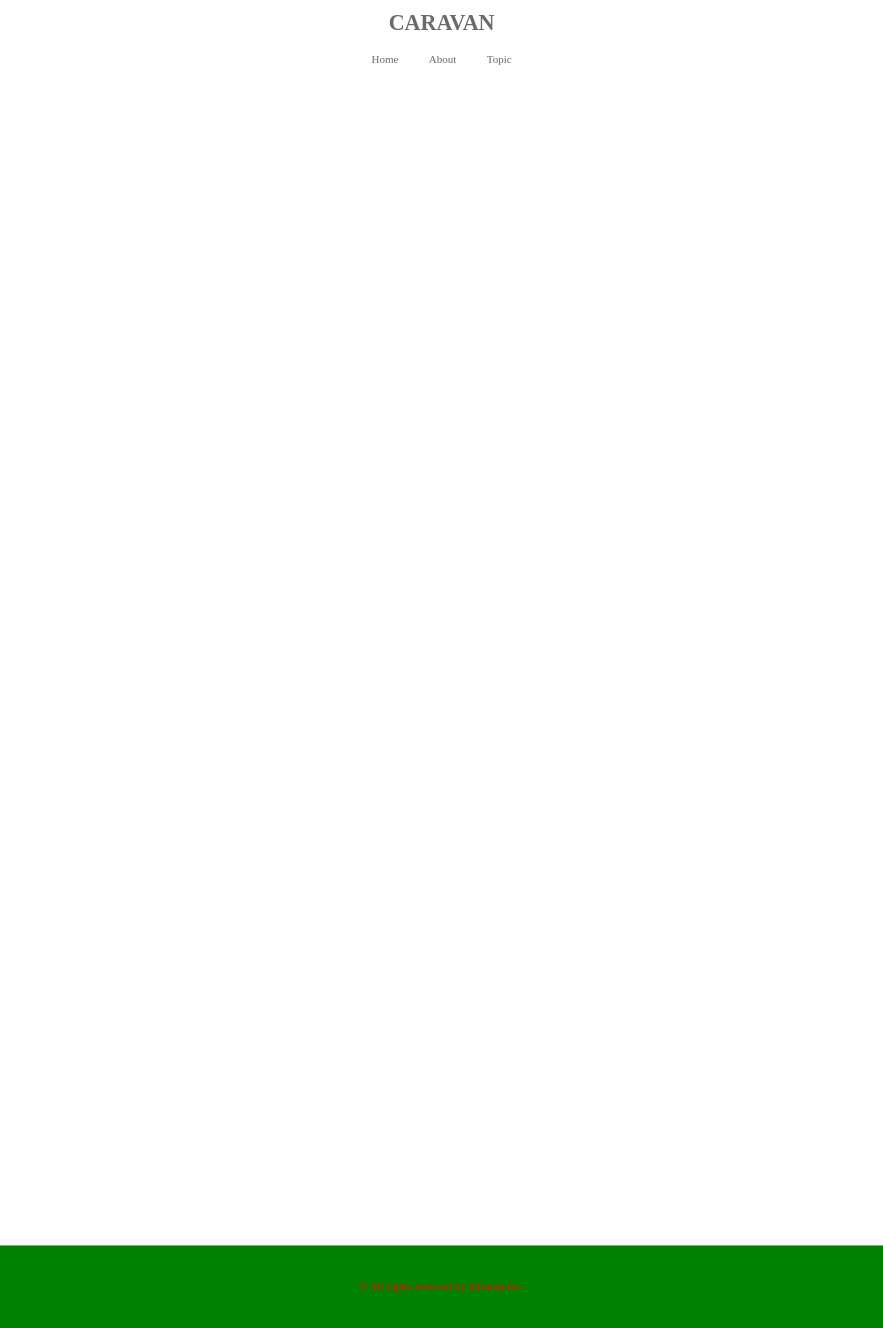
Repository: RAM-OK/git-practice
Page: caravan/index.html
The author's editor kept a record of every edit. The page is drawn from the files as they stood at one moment, then again after the next edit.
The browser window is 1280 px wide. The pictures show the whole page, at 69% of full size.

Above is the page before.

### caravan/index.html
<!DOCTYPE html>
<html lang="ja">
  <head>
    <meta charset="UTF-8" />
    <!-- CSSファイルの読み込み -->
    <link rel="stylesheet" href="style.css" />
    <title>CARAVAN</title>
  </head>

  <body>
    <!-- header -->
    <header>
      <h1 class="heading">
        <a href="index.html">
          CARAVAN
        </a>
      </h1>
    </header>

    <!-- navigation -->
    <nav>
      <ul class="nav-list">
        <li class="nav-list-item">
          <a href="index.html">Home</a>
        </li>
        <li class="nav-list-item">About</li>
        <li class="nav-list-item">Topic</li>
        </ul>
    </nav>

    <!-- main-visual用のdiv -->
    <div class="main-visual">
      <div class="main-visual-content"></div>
    </div>

    <!-- main用のdiv -->
    <div class="main">
      <div class="blog"></div>
      <div class="sidebar"></div>
    </div>

    <!-- footer -->
    <footer>
      <p class="footer-text">︎© All rights reserved by Infratop.Inc. </p>
    </footer>
  </body>
</html>

### caravan/style.css
/* ブラウザがそれぞれ持っているCSSをリセットするための記述 */
* {
  margin: 0;
  padding: 0;
  box-sizing: border-box;
  color: #6c6b6b;
}

a {
  text-decoration: none;
}

header {
  width: 90%; /* 横幅90% */
  padding: 15px 0;
  margin: 0 auto;
  text-align: center;
}

header .heading { /* headerタグ内のheadingクラスにのみ反映される */
 font-size: 32px;
}

.nav-list {
  text-align: center;
  padding: 10px 0;
  margin: 0 auto;
}

.nav-list-item {
  list-style: none;
  display: inline-block;
  margin: 0 20px;
}

.main-visual {
  width: 100%; /* 横幅いっぱい */
  height: 300px; /* 高さ300px */
}

.main-visual-content {
  width: 350px; /* 横幅350px */
  height: 300px; /* 親の高さに揃える */
}

.main {
  width: 840px; /* 横幅840px */
  display: flex; /* Flexboxの利用 */
  justify-content: center; /* 子要素の横並び・中央寄せ */
  margin: 0 auto; /* 中央寄せ （左右の余白がないとできない） */
}

.blog {
  width: 600px; /* 横幅600px */
  height: 1400px; /* 高さ1400px */
}

.sidebar {
  width: 240px; /* 横幅240px */
  height: 1400px; /* 高さ1400px */
}

footer {
  width: 100%;
  height: 120px;
  text-align: center;
  line-height: 120px;
  background-color: green;
}

.footer-text {
  color: red;
}

After the next edit:
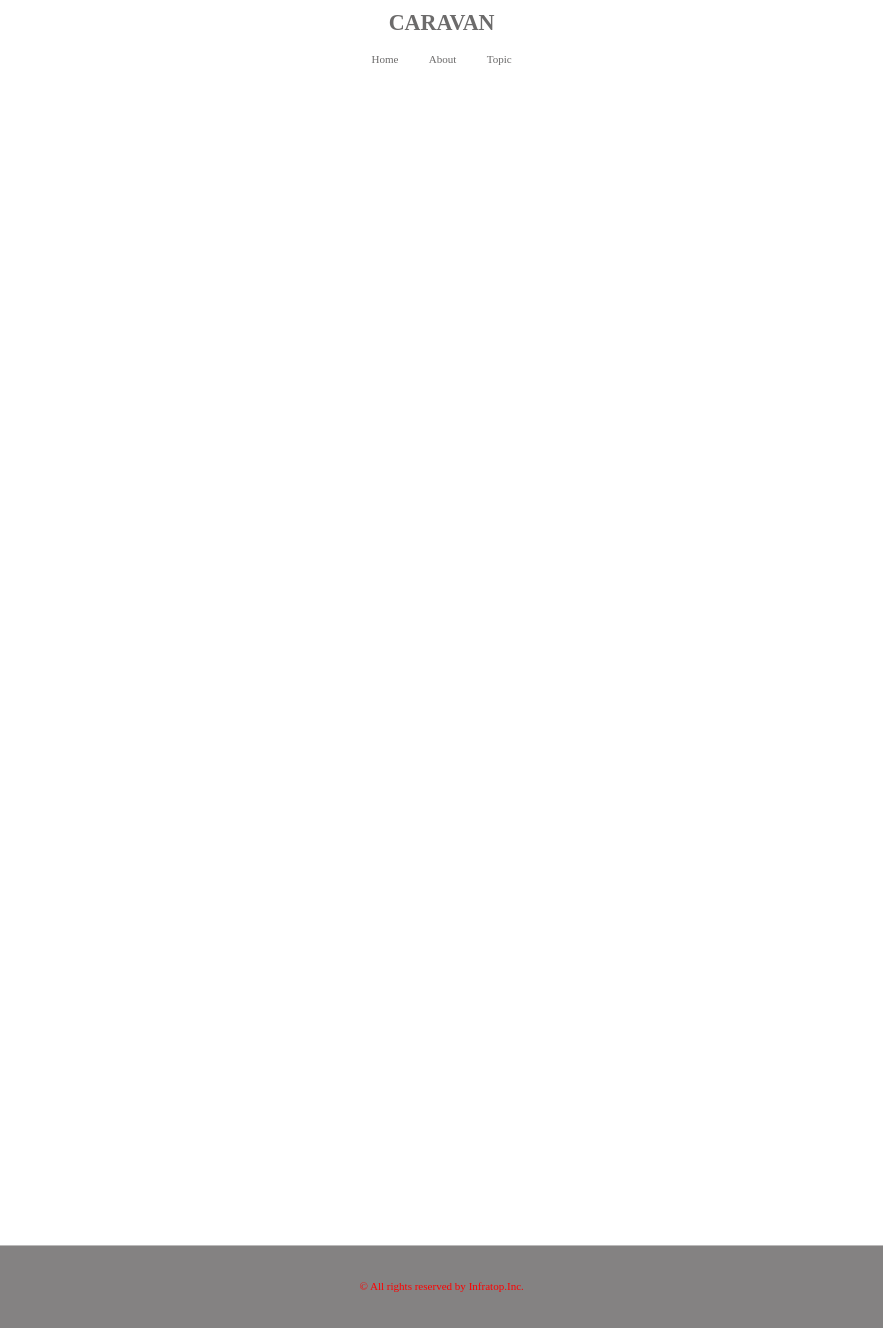
The edit:
--- a/caravan/style.css
+++ b/caravan/style.css
@@ -65,7 +65,7 @@
   height: 120px;
   text-align: center;
   line-height: 120px;
-  background-color: green;
+  background-color: #848282;
 }
 
 .footer-text {
